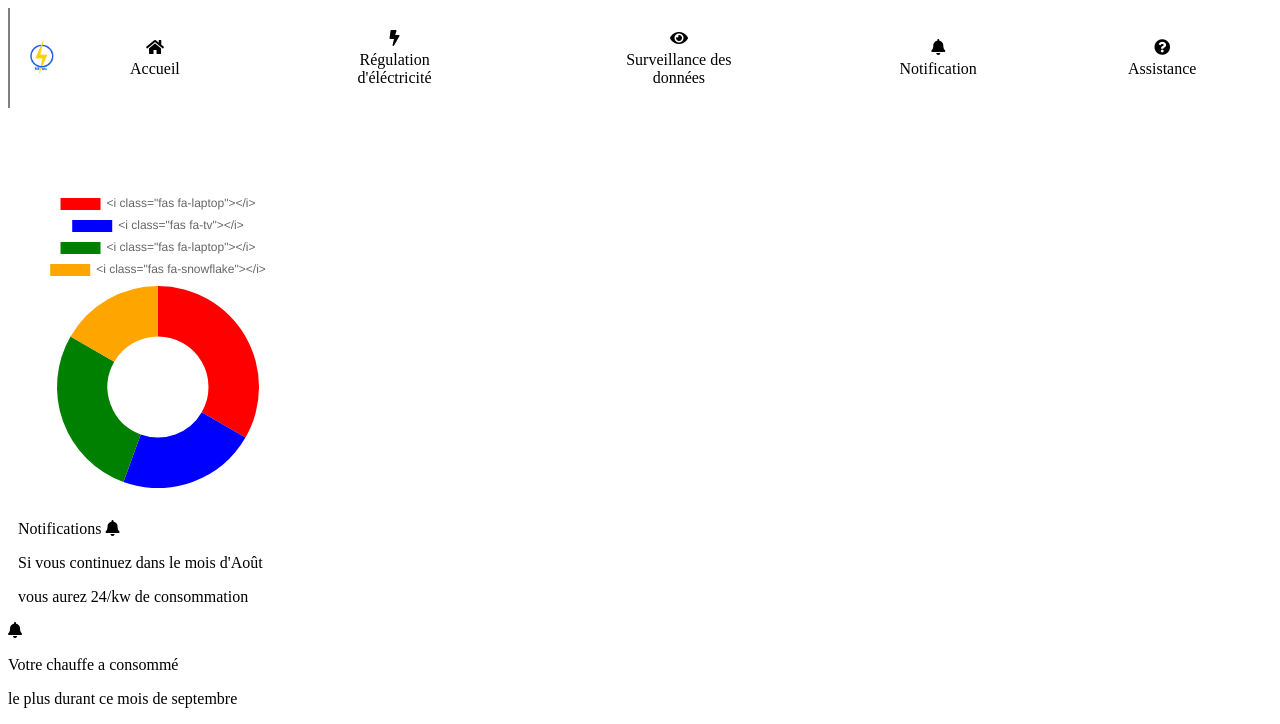
Repository: hamdia200/OSC-Ecowiz
Page: http://localhost/accueil
An editor plug-in stored every save of this project. The page is shown before and after a run of saves, followed by the edit.
The browser window is 1280 px wide. The pictures show the whole page.
The page is served by the project's Laravel application, run on PHP 8.4 with Laravel 10. Other server files are loaded and not shown.

Above is the page before, as saved 2023-08-18 13:52:31.

### routes/web.php
<?php

use Illuminate\Support\Facades\Route;

/*
|--------------------------------------------------------------------------
| Web Routes
|--------------------------------------------------------------------------
|
| Here is where you can register web routes for your application. These
| routes are loaded by the RouteServiceProvider and all of them will
| be assigned to the "web" middleware group. Make something great!
|
*/

Route::get('/', function () {
    return view('welcome');
});

Route::get('/centrale', function () {
    return view('centrale');
});
Route::get('/accueil', function () {
    return view('accueil');
});
Route::get('/inscription', function () {
    return view('inscription');
});
Route::get('/login', function () {
    return view('login');
});
Route::get('/regulation', function () {
    return view('regulation');
});

### resources/views/accueil.blade.php
@extends ("menu")
@section('content')
<div class="container">
<meta charset="UTF-8">
    <meta name="viewport" content="width=device-width, initial-scale=1.0">
    <link rel="stylesheet" href="https://cdnjs.cloudflare.com/ajax/libs/font-awesome/5.15.3/css/all.min.css">
    <script src="https://cdn.jsdelivr.net/npm/chart.js"></script>
    <title>Accueil</title>
    <style>


        .circle-container{
            position: relative;
            width: 300px;
            height: 300px;
            margin-top: 5rem;
        }
        .notification-container {
            width: 100%;
            margin-top: 20px;
            text-align: right;

        }
        .chart-container{
            position: absolute;
            width: 100%;
            height: 100%;
        }

        .alert {
            display: inline-block;
            margin: 0 10px;
            margin-top: 2rem;

        }

    </style>
    <body>
                <div class="row">
                    <div class="col-md-6">
                        <div class="row">
                            <div class="col-xl-3">
                                <div class="circle-container">
                                    <div class="chart-container">
                                        <canvas id="myCustomChart"></canvas>
                                    </div>

                                </div>

                            </div>

                        </div>

                    </div>

                    <div class="row">
                        <div class="col-xl-3">
                            <div class="notifications-container">
                                <div class="alert">Notifications
                                    <i class="fas fa-bell"></i>
                                    <p> Si vous continuez dans le mois d'Août </p> <p> vous aurez 24/kw de consommation </p>
                                </div>

                                <div class="notifications2">
                                    <i class="fas fa-bell"></i>
                                        <p> Votre chauffe a consommé </p> <p> le plus durant ce mois de septembre </p>
                                <div>

                            </div>
                        </div>
                    </div>
                </div>


                <script>
                    var ctx = document.getElementById('myCustomChart').getContext('2d');
                    var data = {
                        labels: ['<i class="fas fa-laptop"></i>', '<i class="fas fa-tv"></i>', '<i class="fas fa-laptop"></i>', '<i class="fas fa-snowflake"></i>'],
                        datasets: [{
                            data: [30, 20, 25, 15],
                            backgroundColor: [
                                'red',
                                'blue',
                                'green',
                                'orange'
                            ],
                                // hoverBackgroundColor: [
                                // 'url(chemin_vers_image_appareil_1)',
                                // 'url(chemin_vers_image_appareil_2)',
                                // 'url(chemin_vers_image_appareil_3)',
                                // 'url(chemin_vers_image_appareil_4)'
                                // ],
                                borderWidth: 0,
                                hoverBorderWidth: 0
                        }],
                    };

                    var options = {
                        responsive: true,
                        maintainAspectRatio: false,

                    };

                    var myChart = new Chart(ctx, {
                        type: 'doughnut',
                        data: data,
                        options: options,
                    });
                </script>
        </div>
    </body>

    </html>
</div>
@endsection

### resources/views/menu.blade.php
<!DOCTYPE html>
<html>
    <head>
        <meta charset="UTF-8">
        <meta name="viewport" content="width=device-width, initial-scale=1.0">
        <link rel="stylesheet" href="{{asset('bootstrap-5/css/bootstrap.min.css')}}">
        <link rel="stylesheet" href="{{asset('icofont/icofont.min.css')}}">
        <link rel="stylesheet" href="https://cdnjs.cloudflare.com/ajax/libs/font-awesome/5.15.3/css/all.min.css">

        <title>menu</title>
        <style>
        .menu-horizontal {
            list-style-type: none;
            display: flex;
            align-items: center; /* Aligne les éléments au centre horizontalement */
            padding: 0;
            margin: 0;
            border-left: 2px solid gray;
            border-top: none;
            background-color: white;
            height:100px;
        }

        .menu-horizontal li{
            margin: 0 2cm;
            padding: 0;
        }

        .menu-item {
            display: flex;
            flex-direction: column;
            align-items: center;
            justify-content: center;
            border-left: 2p;
        }

        .menu-icon {
            width: 50px;
            height: 50px;
        }

        .menu-text {
            font-size: 16px;
            margin-top: 5px;
            text-align: center;
        }
        .logo {
            padding-left: 20px;
            height: 35px;
        }
        </style>
    </head>

    <body>
        <header>
                <ul class="menu-horizontal fixed-top">
                    <div class="header">
                        <img src="{{asset('/image/ecow.png')}}" alt="" class="logo">
                    </div>
                    <li>
                        <span class="menu-item">
                            <!-- <img src="{{asset('image/elect.png') }}" alt="Icone 1" class="menu-icon"> -->
                            <i class="fas fa-home"></i><span class="menu-text">Accueil</span>
                        </span>
                    </li>
                    <li>
                        <span class="menu-item">
                            <!-- <img src="{{asset('image/donnee.png') }}" alt="Icone 1" class="menu-icon"> -->
                            <i class="fas fa-bolt"></i><span class="menu-text">Régulation d'éléctricité </span>
                        </span>
                    </li>

                    <li>
                        <span class="menu-item">
                            <!-- <img src="{{asset('image/donnee.png') }}" alt="Icone 1" class="menu-icon"> -->
                            <i class="fas fa-eye"></i><span class="menu-text">Surveillance des données </span>
                        </span>
                    </li>
                    <li>
                        <span class="menu-item">
                            <!-- <img src="{{asset('image/sup.png') }}" alt="Icone 1" class="menu-icon"> -->
                            <i class="fas fa-bell"></i><span class="menu-text">Notification</span>
                        </span>
                    </li>
                    <li>
                        <span class="menu-item">
                            <!-- <img src="{{asset('image/assist.png') }}" alt="Icone 1" class="menu-icon"> -->
                            <i class="fas fa-question-circle"></i><span class="menu-text">Assistance</span>
                        </span>
                    </li>
                </ul>

        </header>
        <div class="container">
                @yield('content')
        </div>

    </body>


</html>

After the next 2 saves:
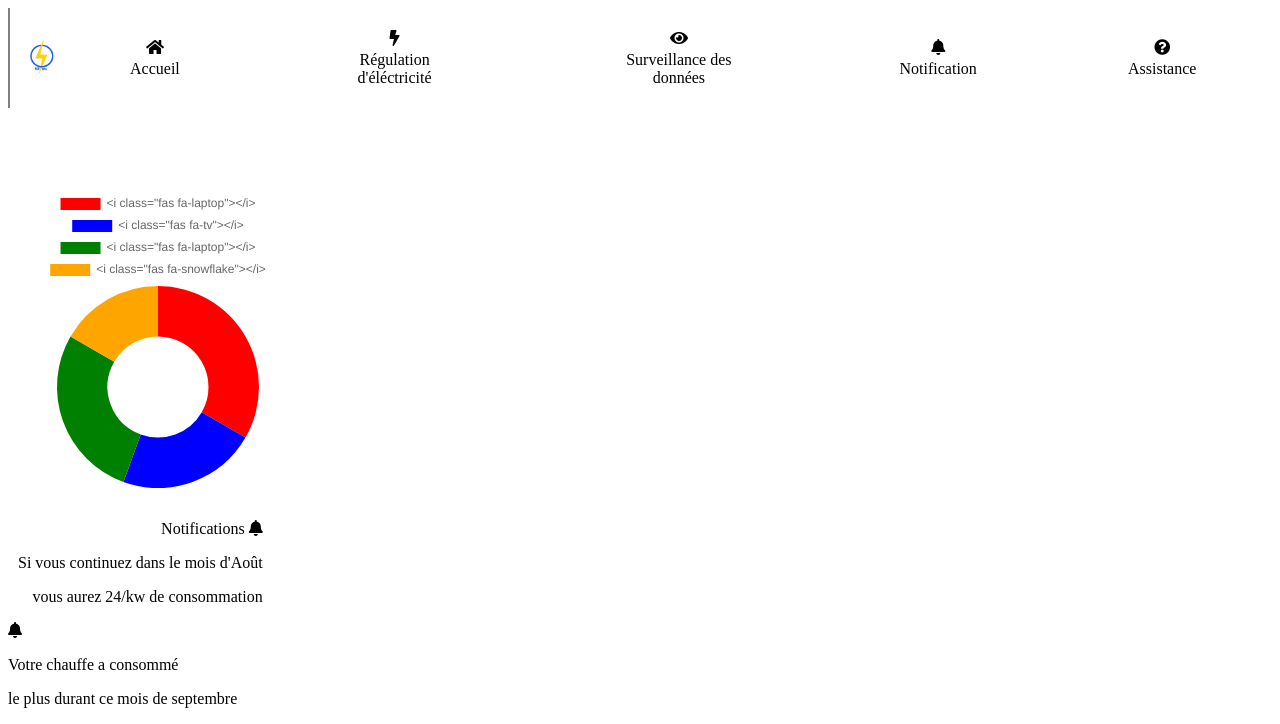
The 2 saves are shown as one change because they came seconds apart.
The last was saved 16 s later.
--- a/resources/views/accueil.blade.php
+++ b/resources/views/accueil.blade.php
@@ -18,7 +18,7 @@
         .notification-container {
             width: 100%;
             margin-top: 20px;
-            text-align: right;
+
 
         }
         .chart-container{
@@ -31,6 +31,7 @@
             display: inline-block;
             margin: 0 10px;
             margin-top: 2rem;
+            text-align: right;
 
         }
 
